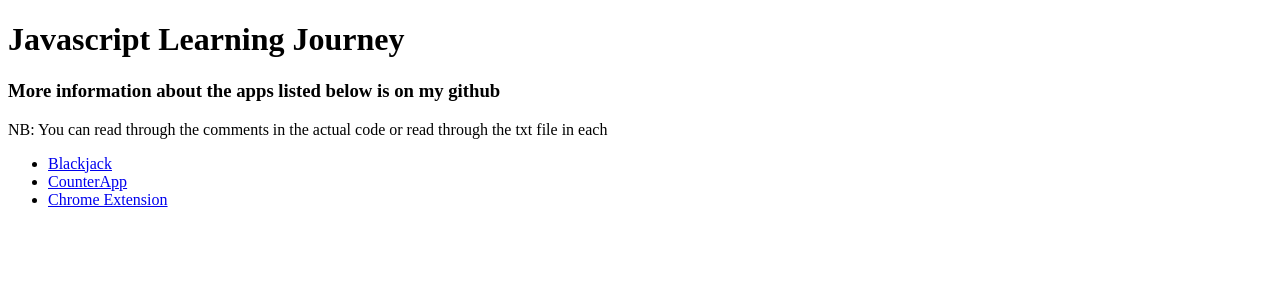
Repository: Siphamandla201/Javascript-Journey
Page: index.html
These files come from the project's save history. The page is drawn as it stood at one moment and after the next save; the edit follows.
The browser window is 1280 px wide. The pictures show the whole page.

Above is the page before, as saved 2023-07-27 16:16:00.

After the next save:
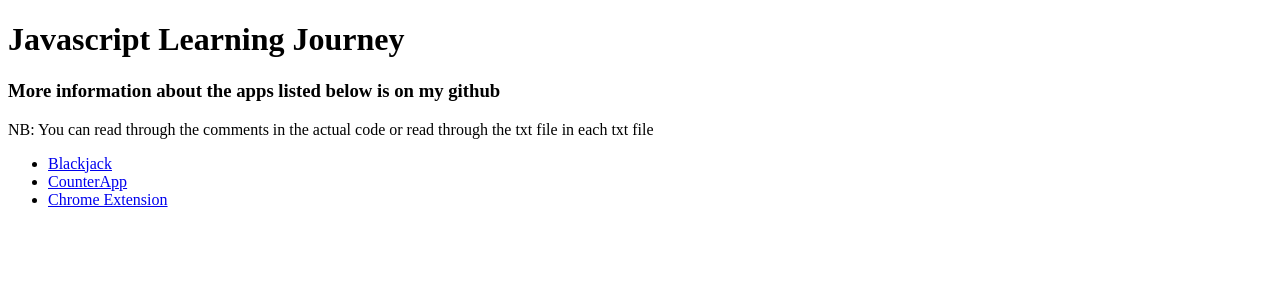
Saved 10 s later.
--- a/index.html
+++ b/index.html
@@ -12,7 +12,7 @@
     <h3>
         More information about the apps listed below is on my github
     </h3>
-    <p>NB: You can read through the comments in the actual code or read through the txt file in each </p>
+    <p>NB: You can read through the comments in the actual code or read through the txt file in each txt file</p>
     <ul>
         <li><a href="./Blackjack/Blackjack.html">Blackjack</a></li>
         <li><a href="./CounterApp/Counter.html">CounterApp</a></li>
